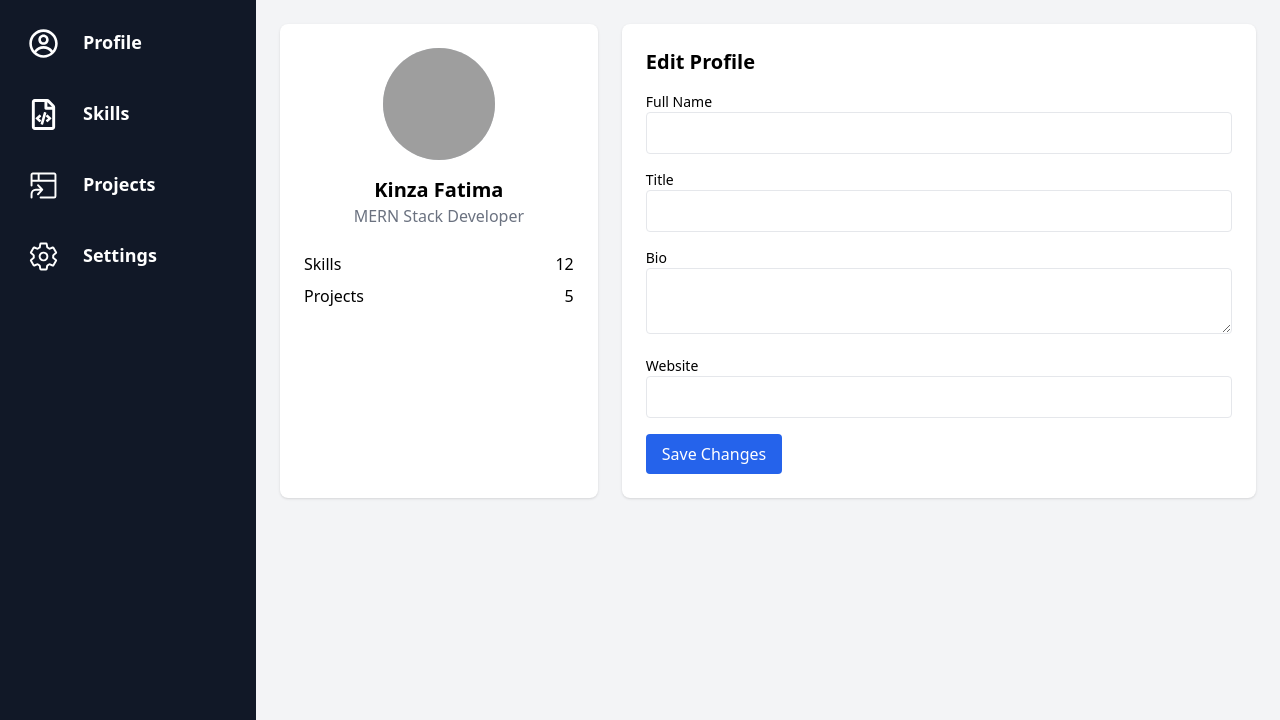
Repository: alizey12/DevLinker-Developer-Portfolio-Builder
Page: /dashboard/profile
An editor plug-in stored every save of this project. The page is shown before and after a run of saves, followed by the edit.
The browser window is 1280 px wide. The pictures show the whole page.
Pictures or frames that could not be fetched are drawn as grey boxes. The project was rebuilt for these pictures with package versions that can differ from the ones it lists, and the page was loaded fresh each time. Also part of the build but not shown: vite.config.js, src/Pages/Login.jsx, src/Pages/Signup.jsx, src/Pages/Portfolio.jsx, src/Pages/Page404.jsx, src/Pages/Dashboard/Skills.jsx, src/Pages/Dashboard/Project.jsx, src/Pages/Dashboard/Setting.jsx.

Above is the page before, as saved 2025-06-28 21:36:04.

After the next 2 saves:
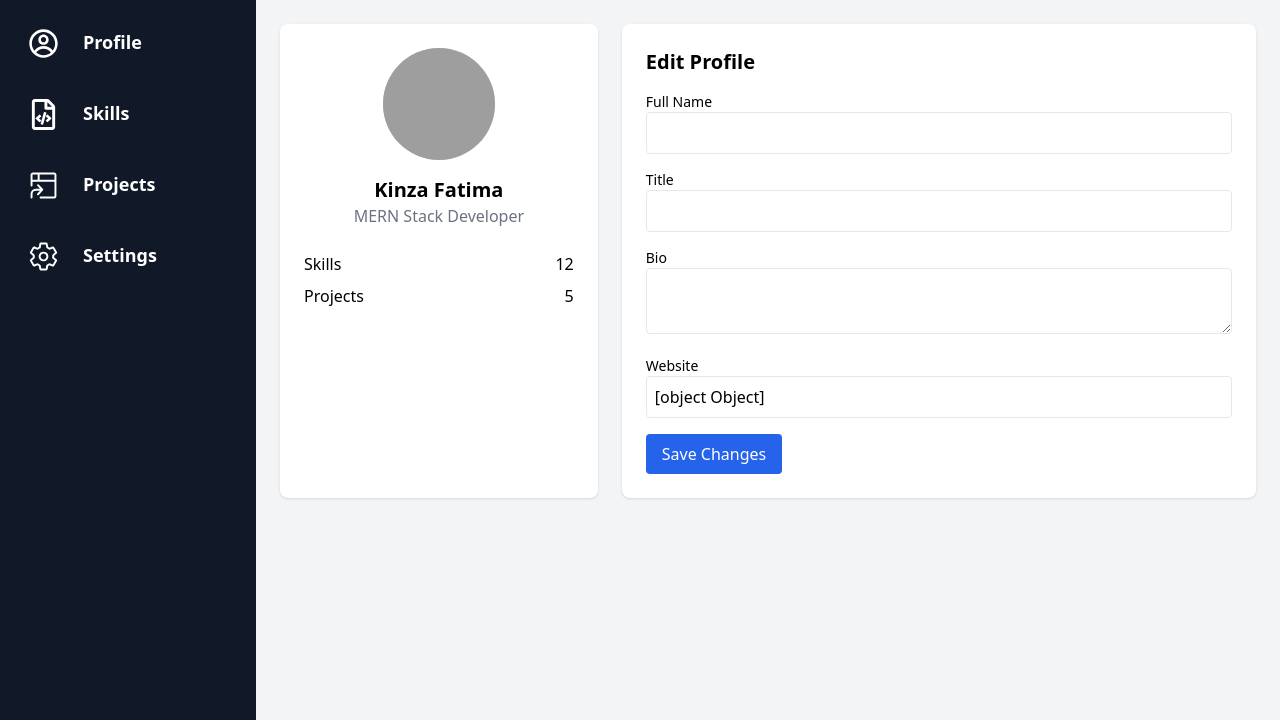
The 2 saves are shown as one change because they came seconds apart.
The last was saved 16 s later.
--- a/src/Pages/Dashboard/Profile.jsx
+++ b/src/Pages/Dashboard/Profile.jsx
@@ -58,7 +58,7 @@ const Profile = () => {
           </div>
           <div>
             <label className="block text-sm font-medium">Website</label>
-            <input value={formData.value} onChange={handleInput} type="url" className="w-full border p-2 rounded" />
+            <input value={formData} onChange={handleInput} type="url" className="w-full border p-2 rounded" />
           </div>
           <button onClick={handleSubmit} className="bg-blue-600 text-white px-4 py-2 rounded">Save Changes</button>
         </form>
